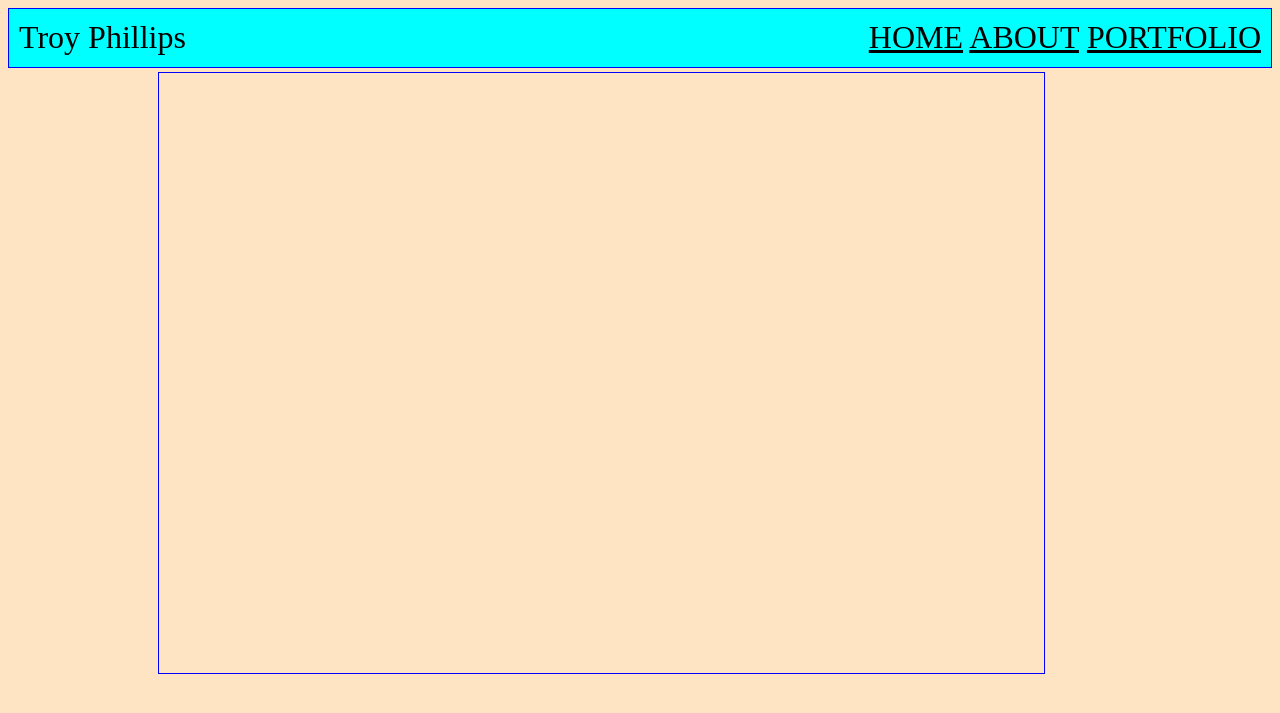
Repository: TheTroyPhillips/Personal-website
Page: portfolio.html
The author's editor kept a copy of each file at every save. The page is drawn from the files as they stood at one save, then again after a run of saves.
The browser window is 1280 px wide. The pictures show the whole page.

Above is the page before, as saved 2023-09-10 22:30:38.

### portfolio.html
<!DOCTYPE html>
<html lang="en">
<head>
    <meta charset="UTF-8">
    <meta name="viewport" content="width=device-width, initial-scale=1.0">
    <title>Document</title>
    <link rel="stylesheet" href="style.css">
</head>
<body>

    <div class="parent">
        <div class="child">
            <span class="myname">Troy Phillips</span>
        <nav class="pages">
            <a class="active" href="/">HOME</a>
            <a href="/about.html">ABOUT</a>
            <a href="/portfolio.html">PORTFOLIO</a>
        </div>
        <div class="childc">

        </div>

### style.css
.child{
    width: 100%;
    height: 60px;
    border: 1px solid blue;
    display: inline-block;
    box-sizing: border-box;
    background-color: aqua;
    padding: 10px;
}
.childb{
    width: 70%;
    height: 600px;
    border: 1px solid blue
}
.myname{
    float: left;
    font-size: 2rem;
}
.pages{
    float: right;
    font-size: 2rem;
}
.pages a.active{
    color: inherit;
}
.pages a{
    color: inherit;
}
body{
    background-color: bisque;
}
main{
    text-align: center;
    margin-left: 5%;
    margin-right: 5%;
    font-size: 1.8rem;
}
p{
    text-align: center;
    font-size: 2.5rem;
    font-family: Verdana, Geneva, Tahoma, sans-serif;
    margin: 130px;
}
.pa{
    margin: 10px;
}
h2{
    font-size: 3rem;
}
.childc{
    width: 70%;
    height: 600px;
    border: 1px solid blue;
    margin-left: 150px;
}

After the next 2 saves:
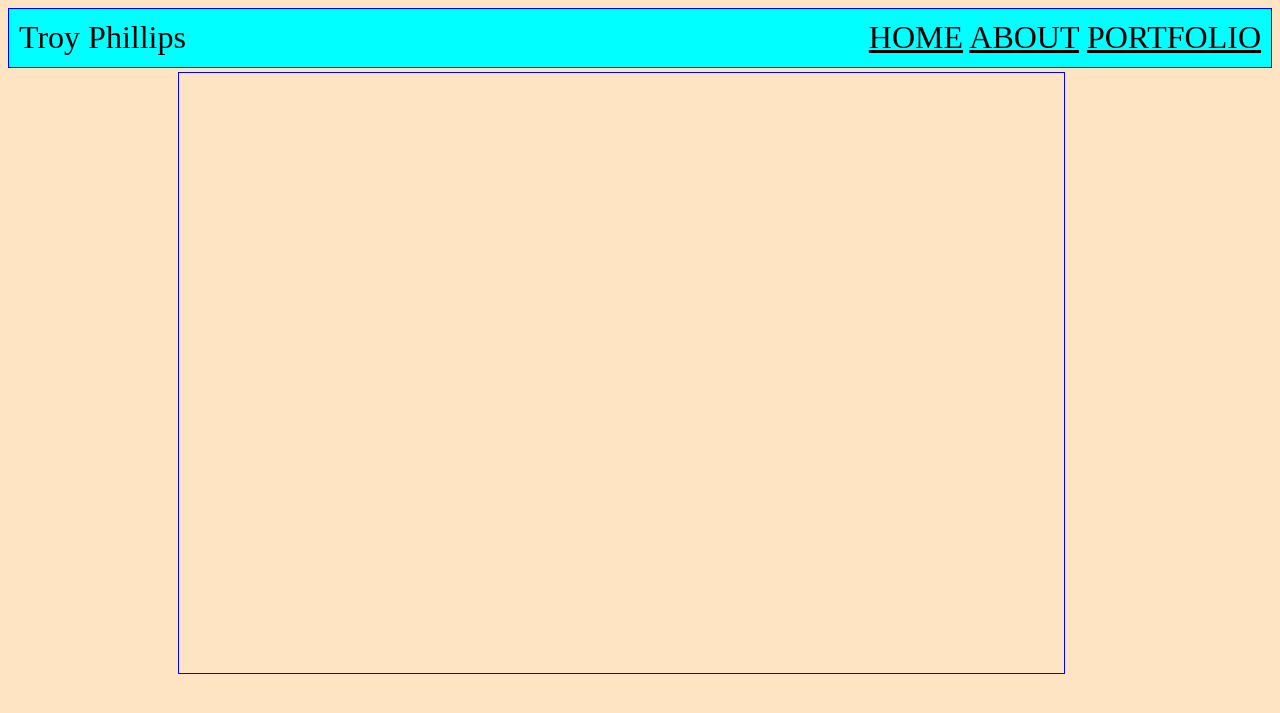
The 2 saves are shown as one change because they came seconds apart.
The last was saved 5 s later.
--- a/style.css
+++ b/style.css
@@ -51,5 +51,5 @@ h2{
     width: 70%;
     height: 600px;
     border: 1px solid blue;
-    margin-left: 150px;
+    margin-left: 170px;
 }
